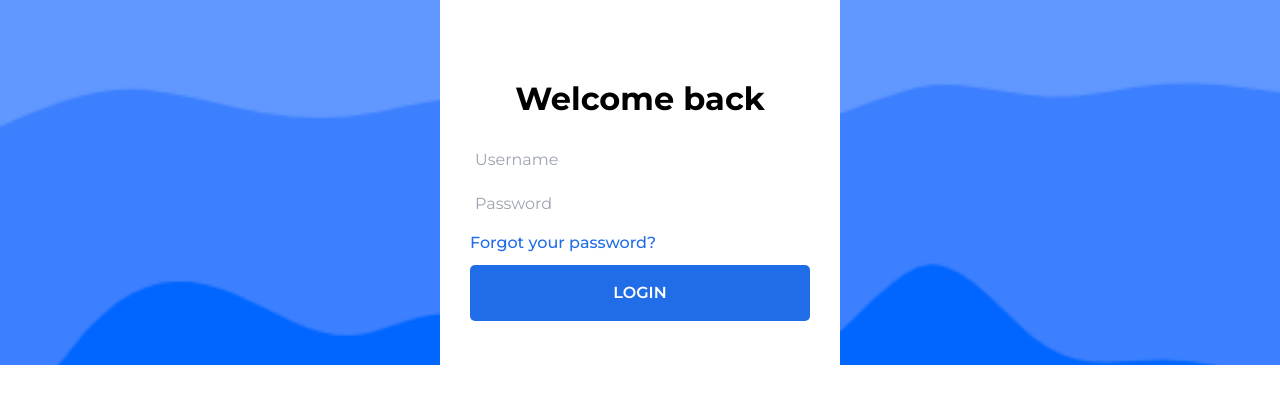
Repository: SatohJiro/CourseSale
Page: /
An editor plug-in stored every save of this project. The page is shown before and after the next save, followed by the edit.
The browser window is 1280 px wide. The pictures show the whole page.
The project was rebuilt for these pictures with package versions that can differ from the ones it lists, and the page was loaded fresh each time. Also part of the build but not shown: src/pages/Home/index.js, src/pages/Courses/index.js, src/layout/DefaultLayout/DefaultLayout.module.scss, src/layout/components/Header/Header.module.scss, src/layout/components/Header/index.js, src/layout/components/Sidebar/Sidebar.module.scss, src/layout/components/Sidebar/index.js, src/layout/DefaultLayout/index.js.

Above is the page before, as saved 2022-12-05 11:07:30.

After the next save:
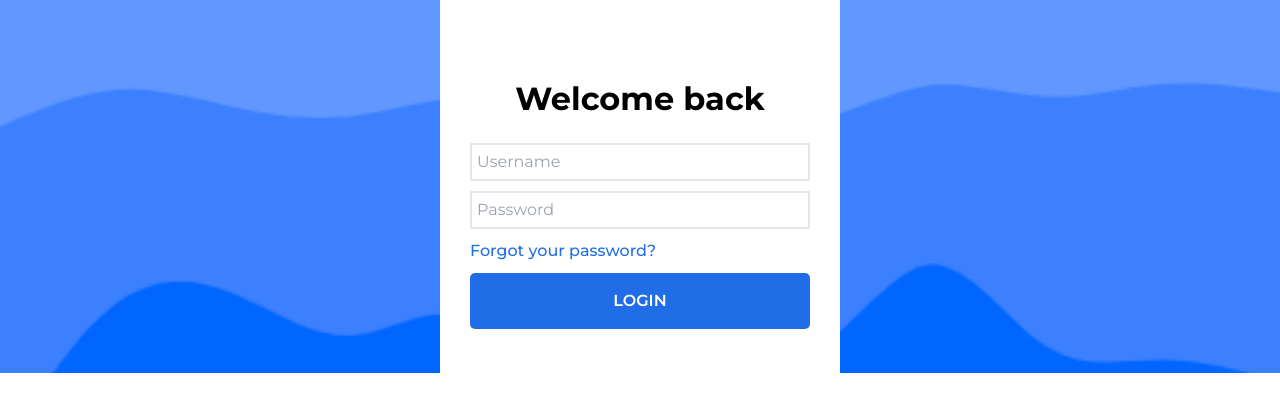
Saved 2 min 6 s later.
--- a/src/pages/Login/Login.jsx
+++ b/src/pages/Login/Login.jsx
@@ -7,8 +7,16 @@ const Login = () => {
         <div className="w-[400px] px-[30px] pt-[70px] pb-[44px] round-[24px] bg-white text-center">
           <h2 className="mt-2 mb-8 text-[32px] font-bold">Welcome back</h2>
           <form action="" className="grid gap-4">
-            <input className="p-2" type="text" placeholder="Username" />
-            <input className="p-2" type="password" placeholder="Password" />
+            <input
+              className="p-2 border-2"
+              type="text"
+              placeholder="Username"
+            />
+            <input
+              className="p-2 border-2"
+              type="password"
+              placeholder="Password"
+            />
             <a href="#" className="text-link font-medium text-left">
               Forgot your password?
             </a>
